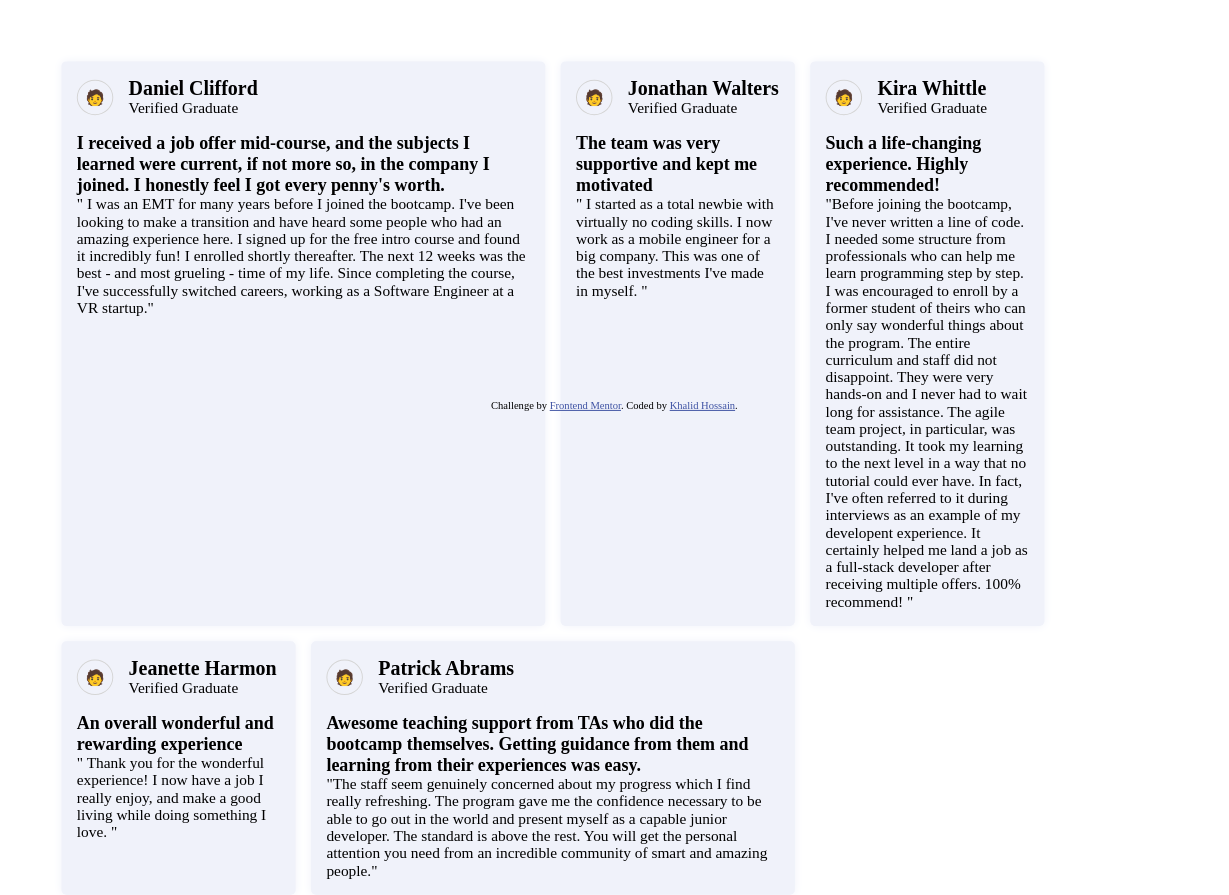
Repository: badhon252/Testimonials-Grid-Section
Page: index.html
The author's editor kept a copy of each file at every save. The page is drawn from the files as they stood at one save, then again after the next save.
The browser window is 1280 px wide. The pictures show the whole page, at 96% of full size.

Above is the page before, as saved 2023-02-18 16:34:21.

After the next save:
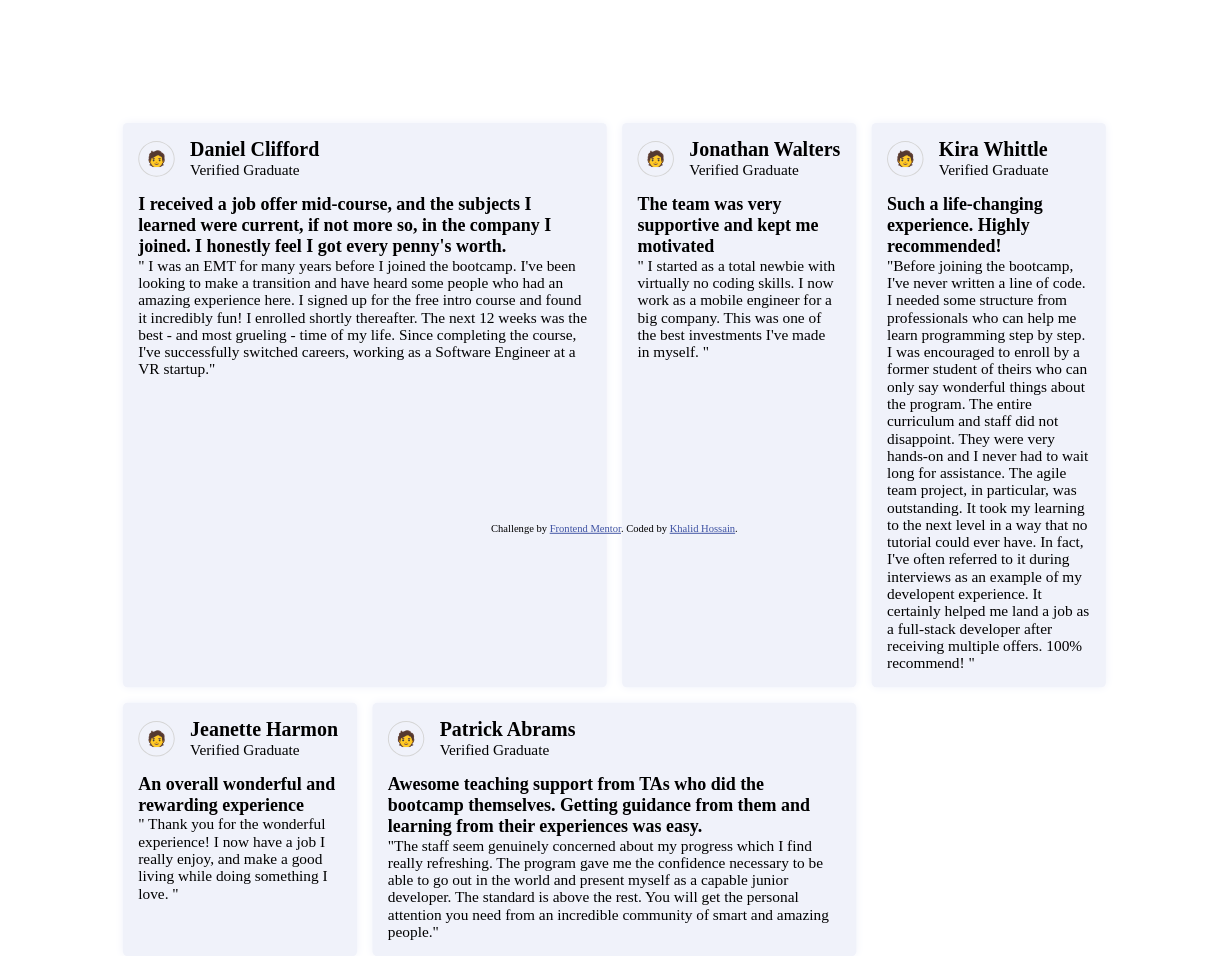
Saved 11 s later.
--- a/css/style.css
+++ b/css/style.css
@@ -20,7 +20,7 @@ body {
     /* grid-template-areas: 'box1 box1 box2 box3' 'box4 box5 box5 box3'; */
     grid-gap: 1rem;
     align-items: stretch;
-    margin: 5vw;
+    margin: 10vw;
     max-width: 80vw;
     max-height: 40vh;
 }
